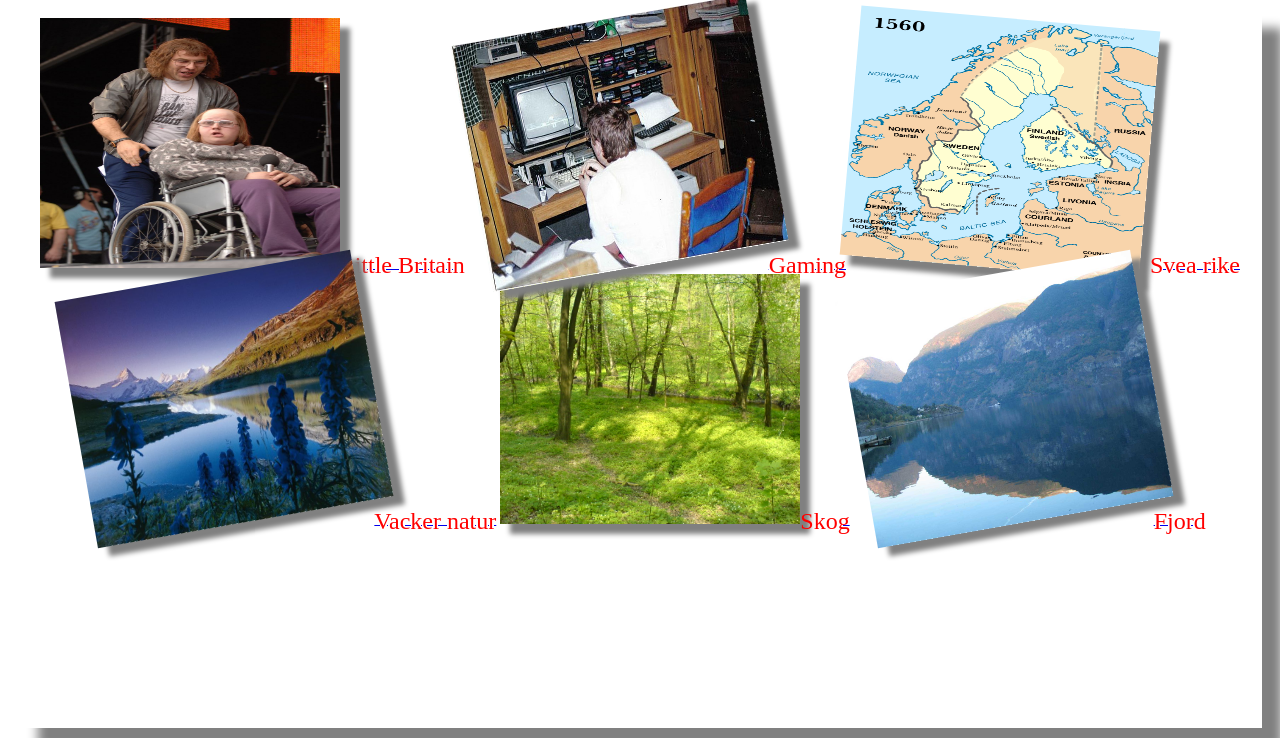
Repository: ao222qc/1IK415_ao222qc_copycat
Page: gallery/index.html
The author's editor kept a record of every edit. The page is drawn from the files as they stood at one moment, then again after the next edit.
The browser window is 1280 px wide. The pictures show the whole page.

Above is the page before.

### gallery/index.html
<!doctype html>
<html lang="sv">
    <head>
        <meta charset = "utf-8">
        <title>Galleri</title>
    <link rel="stylesheet" href="../pics/css/gallery.css" media="screen">
    </head>
<body>
    <div id="contaner">
    <div id="images">
        <a href="image1.jpg" title="Little Britain"><img src="../pics/image1.jpg"alt="Karaktärer från Little Britain"/></a>
        <a href="image2.jpg" title="Gaming"><img src="../pics/image2.jpg" alt="Gaming på den goda tiden"/></a>
        <a href="image3.jpg" title="Svea rike"><img src="../pics/image3.jpg" alt="Såhär såg sveriges gränser ut en gång i tiden"/></a>
        <a href="image4.jpg" title="Vacker natur"><img src="../pics/image4.jpg" alt="Såhär fint kan det vara"/></a>
        <a href="image5.jpg" title="Skog"><img src="../pics/image5.jpg" alt="Skog är fint"/></a>
        <a href="image6.jpg" title="Fjord"><img src="../pics/image6.jpg" alt="Fjordar akkurat"/></a>
    </div>
    </div>

</body>
</html>

### pics/css/gallery.css
#container
{
    width:auto;
    height:auto;
}
#images
{
    height:700px;
    float:left;
    padding:10px 10px 10px;
    margin:0 10px 10px;
    text-decoration:none;
    z-index:0;
    text-align:center;
    box-shadow: 20px 20px 10px gray;
    position:relative;
}
img:hover
{   -webkit-transition: width 1s, height 1s, transform 1s;
    transition: width 1s, height 1s, transform 1s;
    width:400px;
    height:350px;
    -webkit-transform: rotate(0deg);
    transform: rotate(0deg);
}
#images a:after
{
    font-size:150%;
    color:red;
    content: attr(title);
    position:relative;
    top:5px;
    text-align:center;

}
img
{
    width:300px;
    height:250px;
    box-shadow: 10px 10px 5px gray;
}

#images a:nth-child(1) img
{

}

#images a:nth-child(3n) img
{
    -webkit-transform: rotate(5deg);
    transform: rotate(5deg);
}
#images a:nth-child(2n) img
{
    -webkit-transform: rotate(-10deg);
    transform: rotate(-10deg);
}

After the next edit:
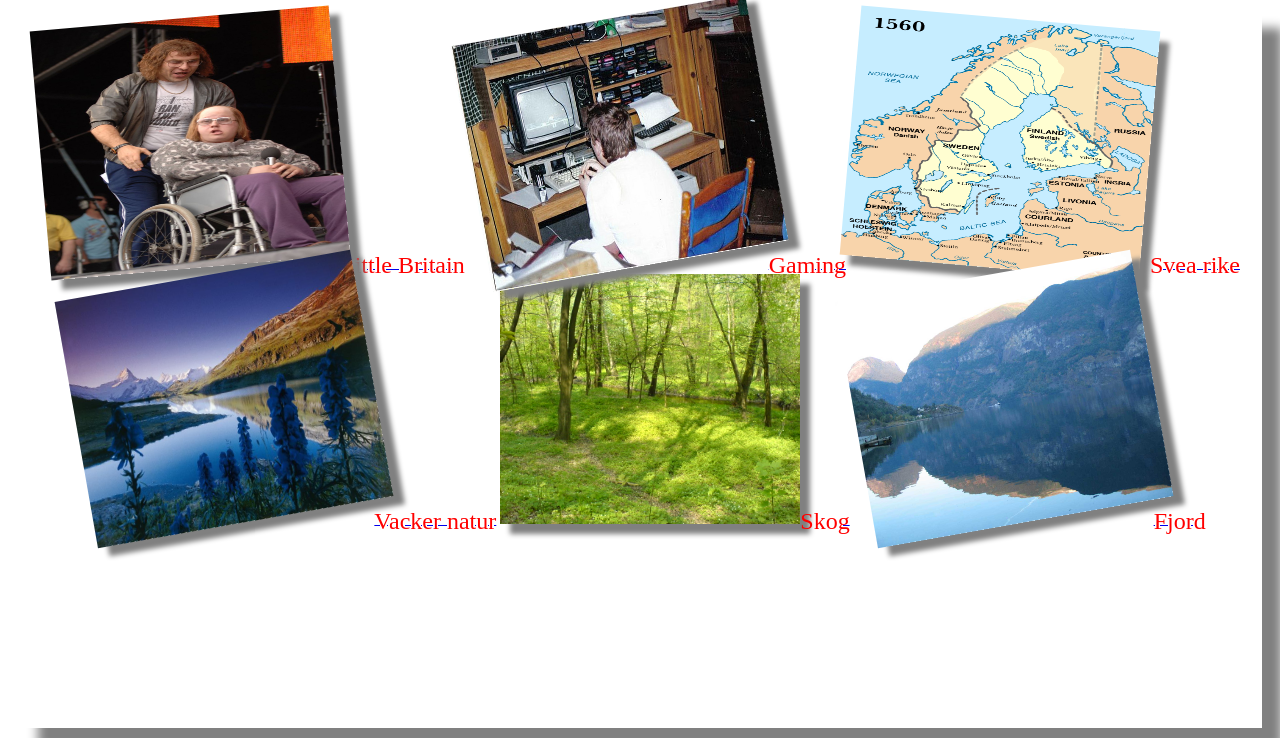
The edit:
--- a/pics/css/gallery.css
+++ b/pics/css/gallery.css
@@ -42,7 +42,8 @@
 
 #images a:nth-child(1) img
 {
-
+    -webkit-transform: rotate(-5deg);
+    transform: rotate(-5deg);
 }
 
 #images a:nth-child(3n) img
